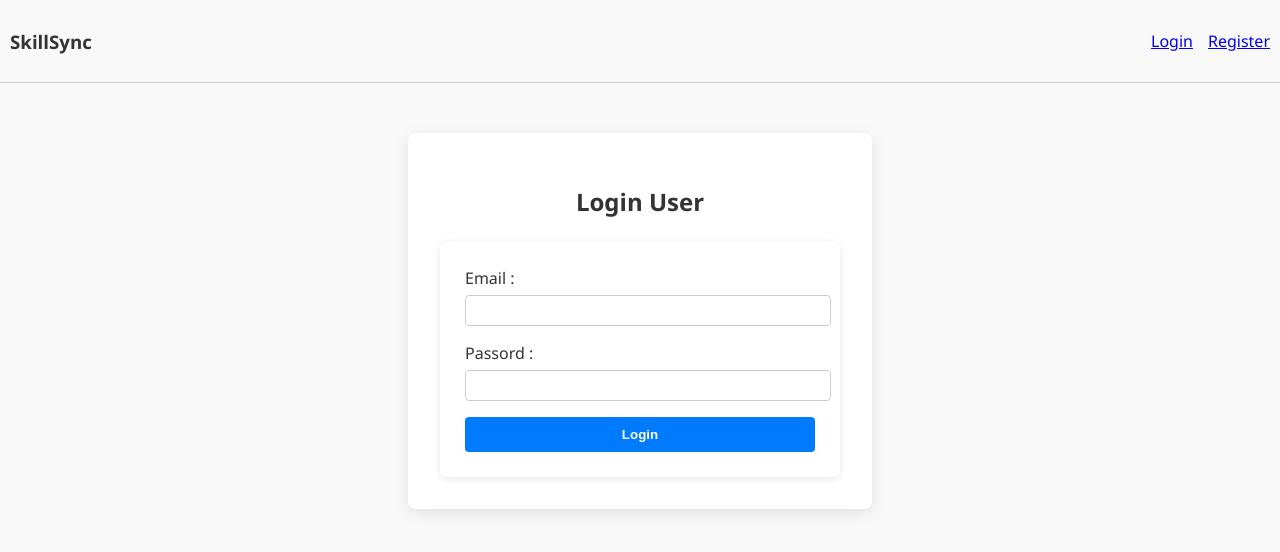
Repository: bharathabhi46/SkillSync-FrontEnd
Page: /LoginUser
An editor plug-in stored every save of this project. The page is shown before and after the next save, followed by the edit.
The browser window is 1280 px wide. The pictures show the whole page.
The project was rebuilt for these pictures with package versions that can differ from the ones it lists, and the page was loaded fresh each time. Also part of the build but not shown: vite.config.js, src/Components/CreateUser/CreateUser.jsx, src/Components/UserList/UserList.jsx, src/Components/EditUser/EditUser.jsx, src/Components/RegisterUser/RegisterUser.jsx, src/Components/PrivateAuth/PrivateAuth.jsx, src/Components/Home/Home.css, src/Components/Home/Home.jsx.

Above is the page before, as saved 2025-06-28 13:55:24.

### src/main.jsx
import { StrictMode } from "react";
import { createRoot } from "react-dom/client";
import { BrowserRouter } from "react-router-dom";
import App from "./App.jsx";

createRoot(document.getElementById("root")).render(
  <BrowserRouter>
    <App />
  </BrowserRouter>
);

### src/App.jsx
import React from "react";
import CreateUser from "./Components/CreateUser/CreateUser";
import UserList from "./Components/UserList/UserList";
import EditUser from "./Components/EditUser/EditUser";
import { Route, Routes } from "react-router-dom";
import RegisterUser from "./Components/RegisterUser/RegisterUser";
import LoginUser from "./Components/LoginUser/LoginUser";
import "./App.css";
import PrivateAuth from "./Components/PrivateAuth/PrivateAuth";
import NavBar from "./Components/NavBar/NavBar";
import Home from "./Components/Home/Home";
const App = () => {
  return (
    <div>
      <NavBar />
      <Routes>
        <Route path="/" element={<Home />} />
        <Route
          path="/UserList"
          element={
            <PrivateAuth>
              <UserList />
            </PrivateAuth>
          }
        />
        <Route
          path="/EditUser/:id"
          element={
            <PrivateAuth>
              <EditUser />
            </PrivateAuth>
          }
        />
        <Route
          path="/CreateUser"
          element={
            <PrivateAuth>
              <CreateUser />
            </PrivateAuth>
          }
        />
        <Route path="/RegisterUser" element={<RegisterUser />} />
        <Route path="/LoginUser" element={<LoginUser />} />
      </Routes>
    </div>
  );
};

export default App;

### src/Components/LoginUser/LoginUser.jsx
import React, { useState } from "react";
import { useNavigate } from "react-router-dom";
import "./LoginUser.css";
const LoginUser = () => {
  let navigate = useNavigate();
  let url = "http://localhost:8080/api/users/auth/login";
  let [loginUser, setLoginUser] = useState({
    email: "",
    password: "",
  });
  function handleOnChange(e) {
    setLoginUser((prevState) => ({
      ...prevState,
      [e.target.name]: e.target.value,
    }));
  }
  async function handleSubmit(e) {
    e.preventDefault();
    try {
      let data = await fetch(url, {
        method: "POST",
        headers: {
          "Content-Type": "application/json",
        },
        body: JSON.stringify(loginUser),
      });
      setLoginUser({
        email: "",
        password: "",
      });
      alert("Login Successful");
      localStorage.setItem("userEmail", LoginUser.email);
      let user = await data.json();
      localStorage.setItem("user", JSON.stringify(user));
      navigate("/");
    } catch (err) {
      console.log("Error : ", err);
      alert("Failed to Login");
    }
  }
  return (
    <div className="container">
      <h2>Login User</h2>
      <form onSubmit={handleSubmit}>
        <label>Email : </label>
        <input
          type="email"
          name="email"
          value={loginUser.email}
          onChange={handleOnChange}
        />
        <label>Passord : </label>
        <input
          type="password"
          name="password"
          value={loginUser.password}
          onChange={handleOnChange}
        />
        <button type="submit">Login</button>
      </form>
    </div>
  );
};

export default LoginUser;

### src/App.css
body {
  margin: 0;
  font-family: "Segoe UI", sans-serif;
  background-color: #f9f9f9;
  color: #333;
}

h2 {
  color: #333;
  margin-bottom: 1rem;
}

button {
  background-color: #007bff;
  color: white;
  border: none;
  padding: 8px 12px;
  cursor: pointer;
  border-radius: 4px;
}

button:hover {
  background-color: #0056b3;
}

input,
select {
  padding: 8px;
  margin: 6px 0;
  border: 1px solid #ccc;
  border-radius: 4px;
  width: 100%;
}

form {
  max-width: 400px;
  margin: auto;
  padding: 1rem;
  background: white;
  box-shadow: 0 2px 8px rgba(0, 0, 0, 0.1);
  border-radius: 8px;
}

table {
  width: 100%;
  background-color: white;
  border-collapse: collapse;
  box-shadow: 0 2px 8px rgba(0, 0, 0, 0.1);
  border-radius: 8px;
  overflow: hidden;
}

th,
td {
  padding: 12px;
  text-align: left;
  border-bottom: 1px solid #ddd;
}

### src/Components/NavBar/NavBar.jsx
import React from "react";
import { Link, useNavigate } from "react-router-dom";

const Navbar = () => {
  const navigate = useNavigate();
  const user = JSON.parse(localStorage.getItem("user"));
  console.log(user !== null);
  const handleLogout = () => {
    localStorage.removeItem("user");
    navigate("/LoginUser");
  };

  return (
    <nav
      style={{
        display: "flex",
        justifyContent: "space-between",
        padding: "10px",
        borderBottom: "1px solid #ccc",
      }}
    >
      <h3>SkillSync</h3>
      <div style={{ display: "flex", gap: "15px", alignItems: "center" }}>
        {user ? (
          <>
            <span>
              Welcome, <strong>{user.name}</strong> 👋
            </span>
            <Link to="/UserList">Users</Link>
            <Link to="/CreateUser">Create</Link>
            <button onClick={handleLogout}>Logout</button>
          </>
        ) : (
          <>
            <Link to="/LoginUser">Login</Link>
            <Link to="/RegisterUser">Register</Link>
          </>
        )}
      </div>
    </nav>
  );
};

export default Navbar;

### src/Components/LoginUser/LoginUser.css
.container {
  max-width: 400px;
  margin: 50px auto;
  padding: 2rem;
  background-color: white;
  box-shadow: 0 4px 16px rgba(0, 0, 0, 0.1);
  border-radius: 8px;
}

.container h2 {
  text-align: center;
  color: #333;
  margin-bottom: 1.5rem;
}

.container form {
  display: flex;
  padding: 25px;
  flex-direction: column;
}

.container input {
  padding: 7px;
  margin-bottom: 1rem;
  border: 1px solid #ccc;
  border-radius: 4px;
}

.container button {
  padding: 10px;
  background-color: #007bff;
  border: none;
  color: white;
  font-weight: bold;
  border-radius: 4px;
  cursor: pointer;
}

.container button:hover {
  background-color: #0056b3;
}

.container p {
  text-align: center;
  margin-top: 1rem;
}

Loaded but not shown: index.html (common file)

After the next save:
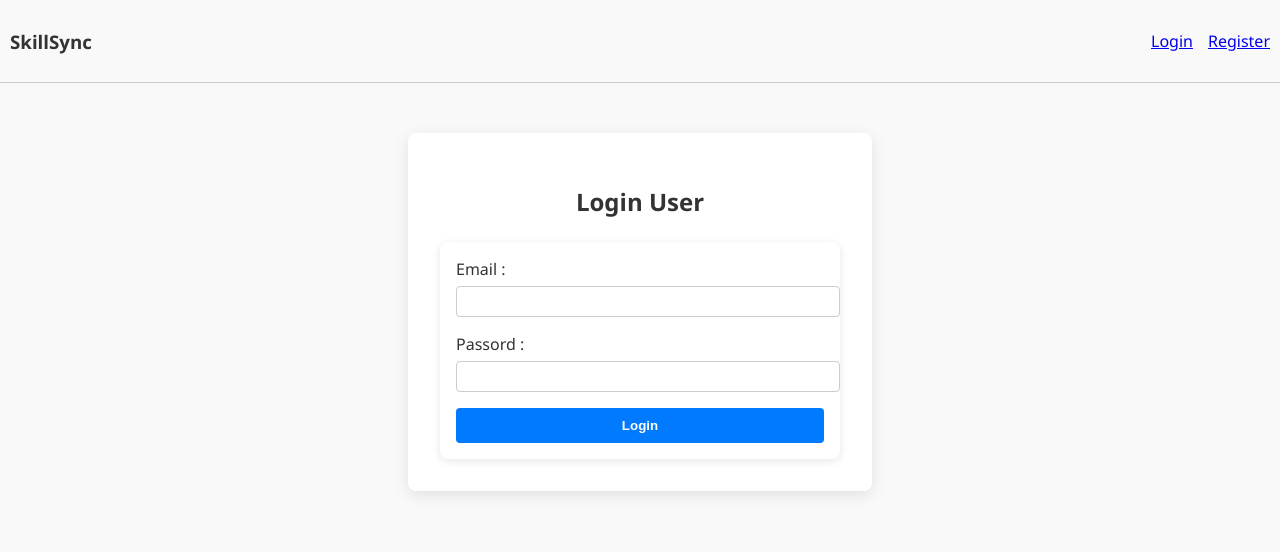
Saved 8 s later.
--- a/src/Components/LoginUser/LoginUser.css
+++ b/src/Components/LoginUser/LoginUser.css
@@ -15,7 +15,7 @@
 
 .container form {
   display: flex;
-  padding: 25px;
+
   flex-direction: column;
 }
 
